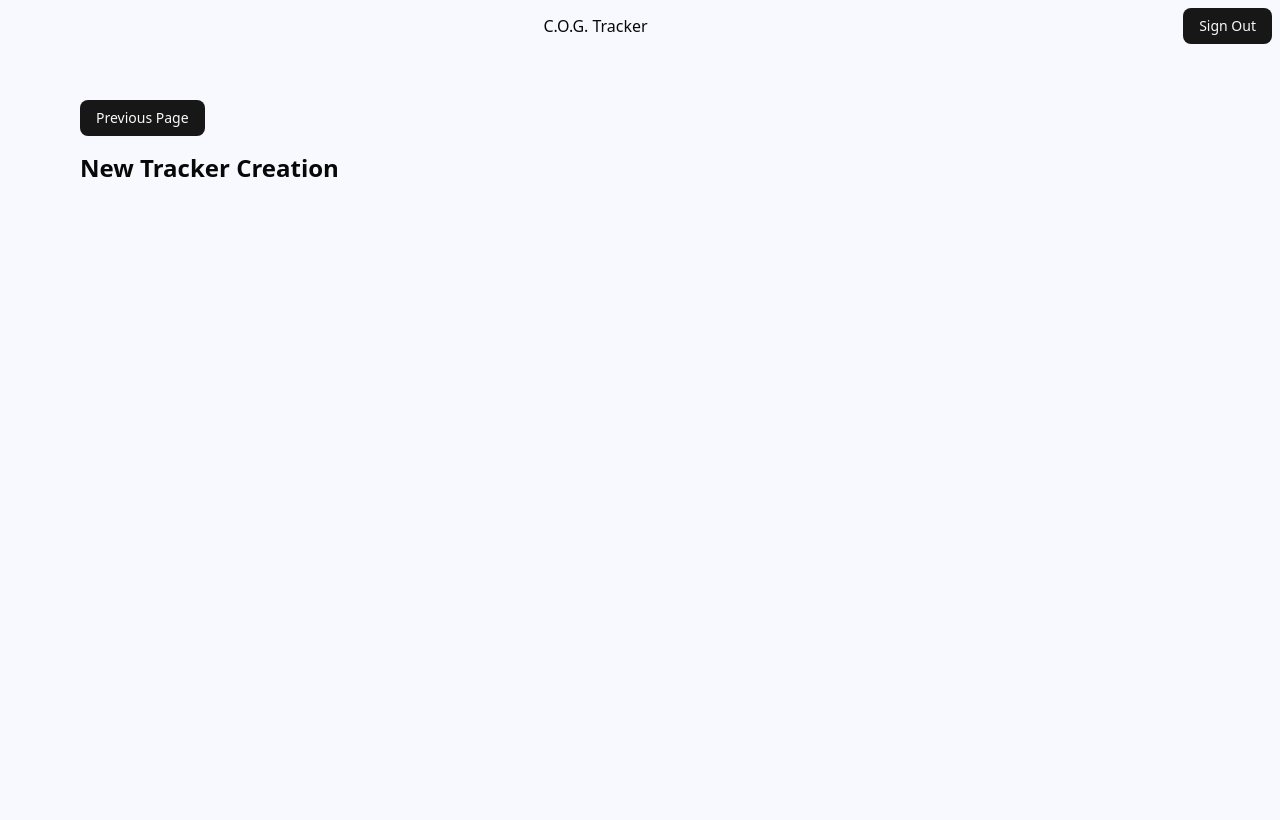
Repository: Renzo-Salosagcol/cog_tracker
Page: /dashboard/add-tracker
The author's editor kept a copy of each file at every save. The page is drawn from the files as they stood at one save, then again after the next save.
The browser window is 1280 px wide. The pictures show the whole page.
The page's requests for data from a server got no answer. The project was rebuilt for these pictures with package versions that can differ from the ones it lists, and the page was loaded fresh each time. The framework's server and built-in components were replaced by stand-ins that run in the browser. No one was signed in, and anything a server would have sent is missing. Also part of the build but not shown: next.config.ts.

Above is the page before, as saved 2026-01-14 20:25:35.

After the next save:
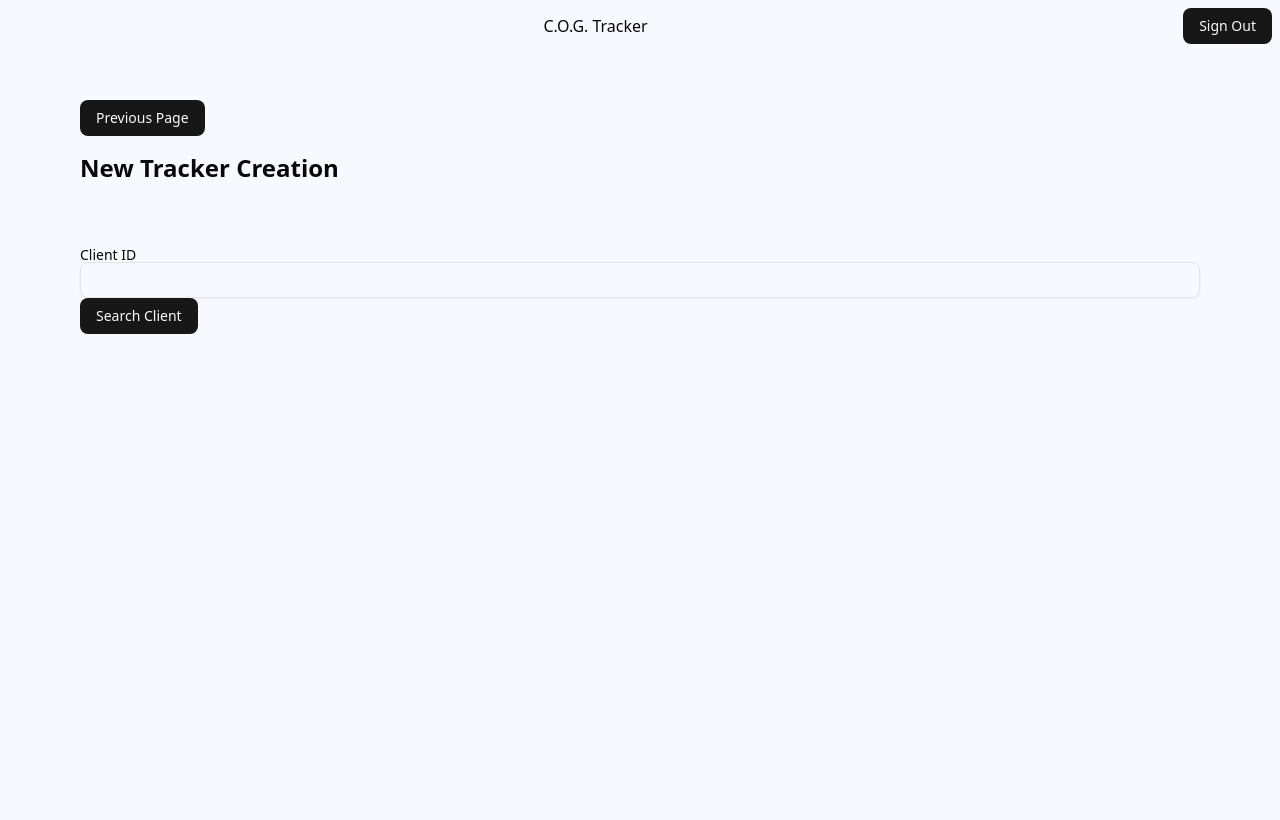
Saved 2 min 10 s later.
--- a/app/dashboard/add-tracker/page.tsx
+++ b/app/dashboard/add-tracker/page.tsx
@@ -2,6 +2,8 @@
 import { Navbar } from "@/components/navbar";
 import { Button } from "@/components/ui/button";
 import { Separator } from "@radix-ui/react-separator";
+import { Input } from "@/components/ui/input";
+import { Label } from "@/components/ui/label";
 
 
 export default function AddTrackerPage() {
@@ -16,7 +18,13 @@ export default function AddTrackerPage() {
           New Tracker Creation
         </h1>
         <Separator className="my-4" />
-
+        <div>
+          <Label htmlFor="client-id">Client ID</Label>
+          <div>
+            <Input id="client-id" />
+            <Button>Search Client</Button>
+          </div>
+        </div>
       </div>
     </div>
   );
